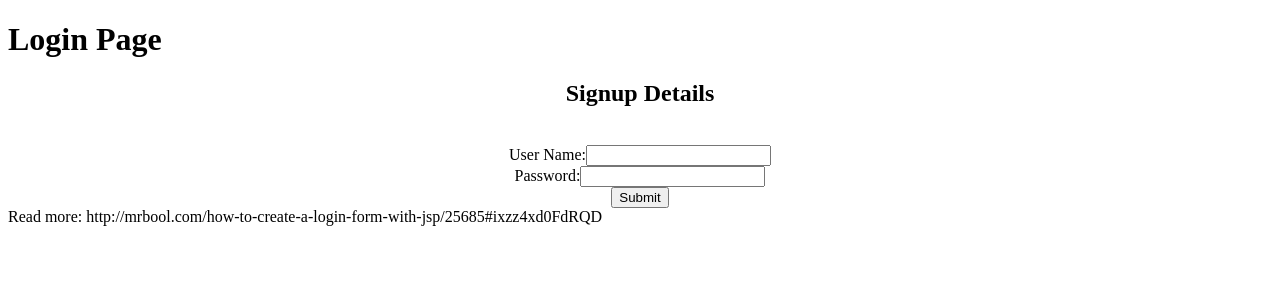
Repository: ashwinipatil321/ServletPrograms
Page: http://localhost/loginAndRegisterServlet/login.jsp
These files come from the project's save history. The page is drawn as it stood at one moment and after the next save; the edit follows.
The browser window is 1280 px wide. The pictures show the whole page.
The page is served by Tomcat 9. Other server files are loaded and not shown.

Above is the page before, as saved 2017-11-06 07:25:05.

### loginAndRegisterServlet/WebContent/login.jsp
<%@ page language="java" contentType="text/html; charset=UTF-8"
    pageEncoding="UTF-8"%>
<!DOCTYPE html PUBLIC "-//W3C//DTD HTML 4.01 Transitional//EN" "http://www.w3.org/TR/html4/loose.dtd">
<html>
<head>
<meta http-equiv="Content-Type" content="text/html; charset=UTF-8">
<title>Insert title here</title>
</head>
<body>
<body>
        <h1>Login Page</h1>
        <center>
            <h2>Signup Details</h2>
            <form action="LoginCheck.jsp" method="post">
            <br/>User Name:<input type="text" name="username">
            <br/>Password:<input type="password" name="password">
            <br/><input type="submit" value="Submit">
            </form>
        </center>
    </body>
</html>


Read more: http://mrbool.com/how-to-create-a-login-form-with-jsp/25685#ixzz4xd0FdRQD

</body>
</html>

After the next save:
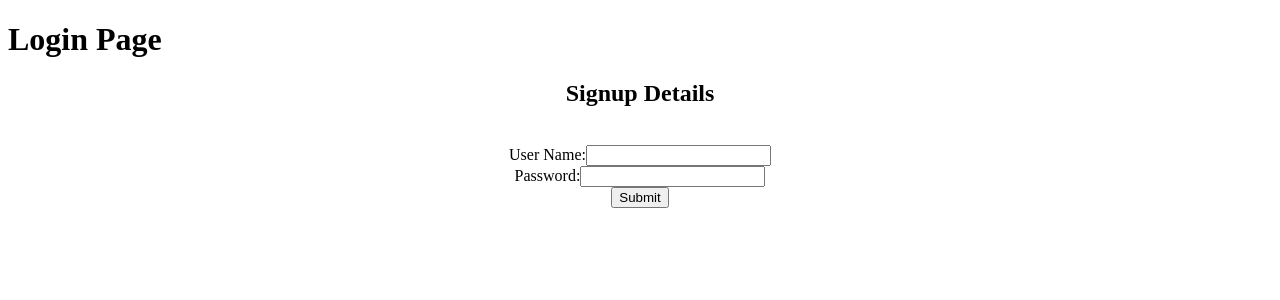
Saved 114 s later.
--- a/loginAndRegisterServlet/WebContent/login.jsp
+++ b/loginAndRegisterServlet/WebContent/login.jsp
@@ -11,7 +11,7 @@
         <h1>Login Page</h1>
         <center>
             <h2>Signup Details</h2>
-            <form action="LoginCheck.jsp" method="post">
+            <form action="Login" method="post">
             <br/>User Name:<input type="text" name="username">
             <br/>Password:<input type="password" name="password">
             <br/><input type="submit" value="Submit">
@@ -19,9 +19,3 @@
         </center>
     </body>
 </html>
-
-
-Read more: http://mrbool.com/how-to-create-a-login-form-with-jsp/25685#ixzz4xd0FdRQD
-
-</body>
-</html>
